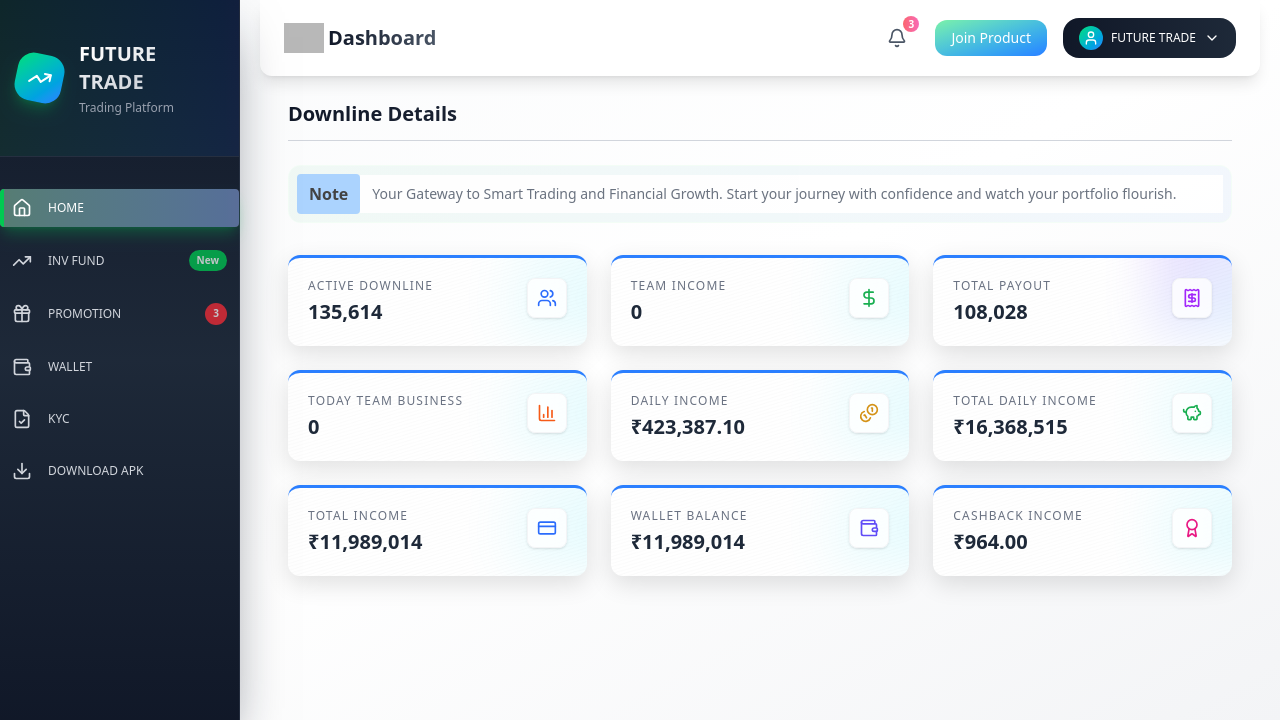
Repository: GauraVPandeyyy/Trade
Page: /
An editor plug-in stored every save of this project. The page is shown before and after the next save, followed by the edit.
The browser window is 1280 px wide. The pictures show the whole page.
Pictures or frames that could not be fetched are drawn as grey boxes. The project was rebuilt for these pictures with package versions that can differ from the ones it lists, and the page was loaded fresh each time. Some packages were replaced by stand-ins written for this rebuild. Also part of the build but not shown: vite.config.js, src/pages/Home.jsx, src/pages/InvFund.jsx, src/pages/Promotion.jsx, src/pages/Wallet.jsx, src/pages/Kyc.jsx, src/pages/DownloadApk.jsx.

Above is the page before, as saved 2025-08-02 13:34:56.

After the next save:
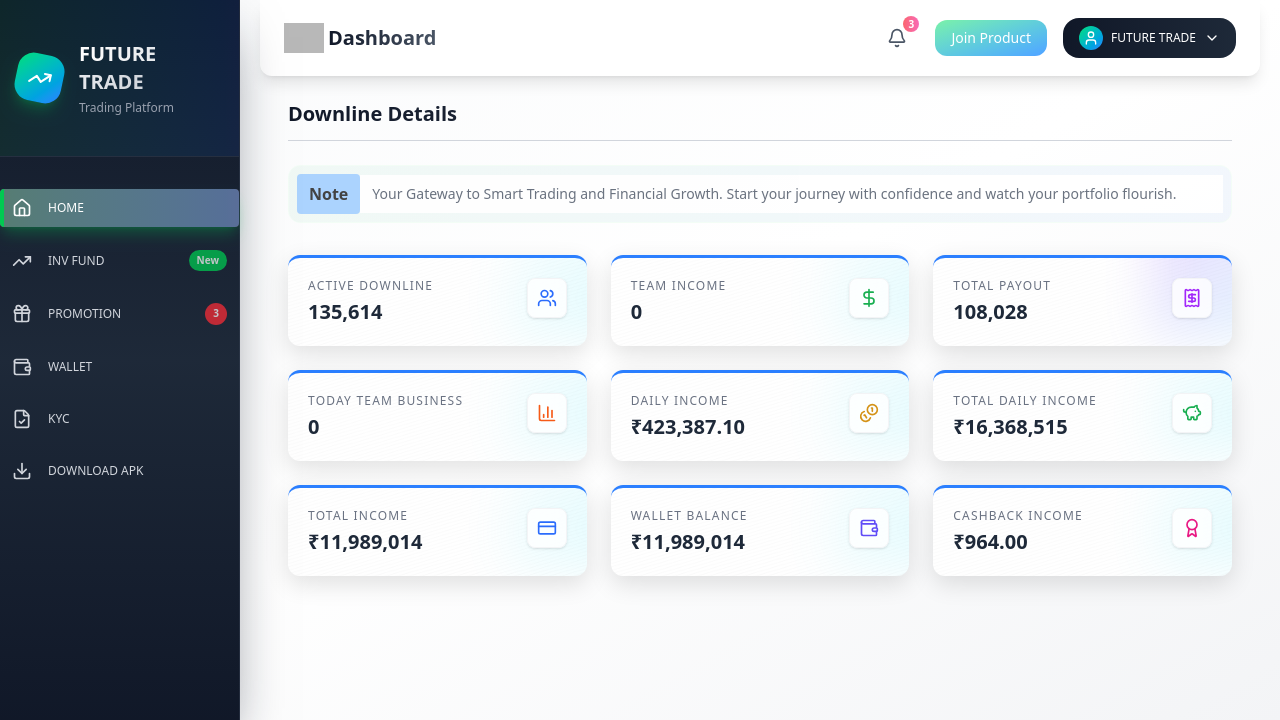
Saved 7 s later.
--- a/src/components/Header.jsx
+++ b/src/components/Header.jsx
@@ -68,7 +68,7 @@
                     </div>
 
                     {/* Join Product Button */}
-                    <button className="relative bg-gradient-to-br from-green-300 to-blue-500 text-sm text-white px-4 py-2 rounded-xl font-medium hover:from-green-700 hover:to-green-600 transition-all duration-300 hover:scale-105 hover:shadow-lg hover:shadow-green-500/25 group overflow-hidden">
+                    <button className="relative bg-gradient-to-br from-green-300 to-blue-400 text-sm text-white px-4 py-2 rounded-xl font-medium hover:from-green-700 hover:to-green-600 transition-all duration-300 hover:scale-105 hover:shadow-lg hover:shadow-green-500/25 group overflow-hidden">
                         <span className="relative z-10">Join Product</span>
                         <div className="absolute inset-0 bg-gradient-to-r from-white/20 to-transparent transform -skew-x-12 -translate-x-full group-hover:translate-x-full transition-transform duration-1000"></div>
                     </button>
